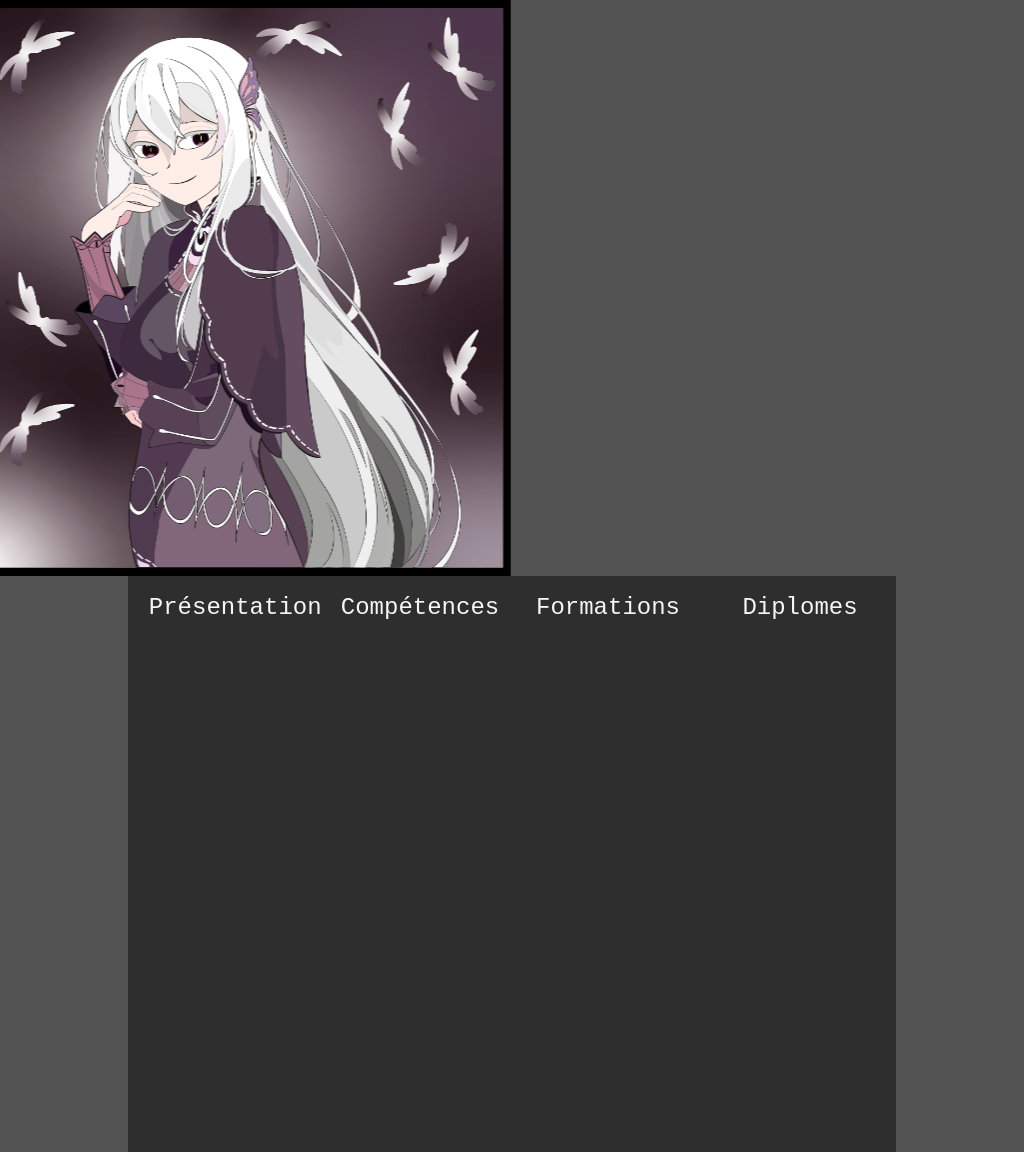
Repository: Mini-T/portfolio
Page: cv.html
An editor plug-in stored every save of this project. The page is shown before and after the next save, followed by the edit.
The browser window is 1280 px wide. The pictures show the whole page, at 80% of full size.
After loading, the first visible `#btnpresentation` was clicked once.

Above is the page before, as saved 2021-10-05 15:24:28.

### cv.html
<!DOCTYPE html>
<html lang="en">
  <head>
    <meta charset="UTF-8" />
    <meta http-equiv="X-UA-Compatible" content="IE=edge" />
    <meta name="viewport" content="width=device-width, initial-scale=1.0" />
    <link rel="stylesheet" href="cv.css" />

    <title>Document</title>
  </head>
  <body>
    <div id="master">
    <header>
      <div id="spawnscreen" class="backg">
        <img class="image" src="img/Echidna.png" alt="" />
        <img class="image" src="img/Halibel.png" alt="" />
        <img class="image" src="img/logo ytb ok.png" alt="" />
        <img class="image" src="img/versionfinal.jpg" alt="" />
        <img class="image" src="img/Echidna.png  " alt="" />
      </div>
    </header>
    <main>
      <nav id="navbar" class="reveal">
        <button id="btnpresentation" class="onglet">Présentation</button>
        <button id="btnskill" class="onglet">Compétences</button>
        <button id="btnformation" class="onglet">Formations</button>
        <button id="btndiplomes" class="onglet">Diplomes</button>

      </nav>
    </main>
    <script src="cv.js"></script>
  </div></body>
</html>

### cv.css
body {
  display: grid;
  justify-content:center;
  background-color: rgb(83, 83, 83);
  margin: 0px;
  padding: 0px;
}
#master{
  display: grid;
  grid-template-rows: 1fr 1fr;
  justify-content: center;
  width: 100vw;
  overflow-y: auto;
  overflow-x: unset;
  min-height: 100vh;

}
main {
  justify-content: center;
  justify-self: center;
  width: 75vw;
  display: grid;
  grid-template-rows: 80px 1fr 1fr 1fr 1fr;
  grid-template-columns: 25% 25% 25% 25%;
  background-color: rgb(46, 46, 46);
  grid-template-areas:
    "nav nav nav nav"

}

nav {
  grid-area: nav;
  color: whitesmoke;
  font-size: 30px;
  /* border-bottom: solid 2px black;
  border-top: solid 2px black; */
  display: grid;
  grid-template-columns: repeat(4, 1fr);

  text-align: center;
  justify-content: center;
  align-items: center;
  width: 100%;
  height: 80px;
  grid-template-areas: " btnpresentation btnskills btnformation btndiplomes ";
}
.navpresentationfocus{
  grid-area: nav;
  color: whitesmoke;
  font-size: 30px;
  /* border-bottom: solid 2px black;
  border-top: solid 2px black; */
  display: grid;
  grid-template-columns: repeat(4, 1fr);

  text-align: center;
  justify-content: center;
  align-items: center;
  width: 100%;
  height: 80px;
  grid-template-areas: " btnpresentation btnskills btnformation btndiplomes ";
}
}
#btnskill {
  grid-area: btnskills;
}
#btnformation {
  grid-area: btnformation;
}
#btndiplomes {
  grid-area: btndiplomes;
}
#btnpresentation {
  grid-area: btnpresentation;
}
a {
  font-family: "Courier New", Courier, monospace;
  text-decoration: none;
  color: unset;
}
#spawnscreen {
  display: flex;
  overflow-x: hidden;
  width: 100vw;
  height: 100vh;
  min-height: 600px;
  background-attachment: fixed;
  background-position: left;
  background-repeat: repeat;
  background-size: cover;
}

.apparition {
  animation: 1s ease-out 1 navanime;
}
@keyframes navanime {
  0% {
    opacity: 0%;
    position: relative;

    right: 40%;
  }
  100% {
    opacity: 80%;
    position: relative;
    right: 0%;
  }
}
@keyframes navanimereverse {
  0% {
    opacity: 0%;
    position: relative;
    left: 40%;
  }
  100% {
    opacity: 80%;
    position: relative;
    left: 0%;
  }
}
.image {
  width: auto;
  animation-timing-function: ease;
  animation-iteration-count: infinite;
  max-width: 100vw;
  height: auto;
  border: solid 10px black;
  animation-duration: 10s;
  animation-name: caroussel;
}
@keyframes caroussel {
  0% {
    transform: translateX(0);
  }
  25% {
    transform: translateX(-959px);
  }
  50% {
    transform: translateX(-2758px);
  }
  75% {
    transform: translateX(-3558px);
  }
  100% {
    transform: translateX(0);
  }
}
.apparitionreverse {
  animation: 1s ease-out 1 navanimereverse;
}
.reveal{
  opacity: 0;
}
.revealtrue{
  opacity: 100%;
}
.onglet{
  justify-self: center;
  width: 200px;
  height: 80px;
  background: unset;
  border: unset;
  color: whitesmoke;
  font-size: 30px;
  font-family: 'Courier New', Courier, monospace;
}
.zoom{
  width: 250px;
  position: relative;
  grid-column: 2 span2 ;
  animation: 1s zoom ease;
}
@keyframes zoom{
  0%
  {
    width: 200px;
    position: relative;
    left: 0%;
  }
  100% {
    width: 250px;
    position: relative;
    left: 50%;
  }

}

### cv.js
nav = document.getElementById('navbar')
window.addEventListener("scroll", () =>{
    if(window.scrollY > 99){
        document.getElementById('navbar').classList.add('revealtrue', 'apparition')
        console.log(window.scrollY)
    }

})
button1 = document.getElementById('btnpresentation');
button2 = document.getElementById('btnskill');
button3 = document.getElementById('btnformation');
button4 = document.getElementById('btndiplomes');

button1.addEventListener("click", () =>{
    nav.classList.remove('nav')
    nav.classList.add('navpresentationfocus')
})

After the next save:
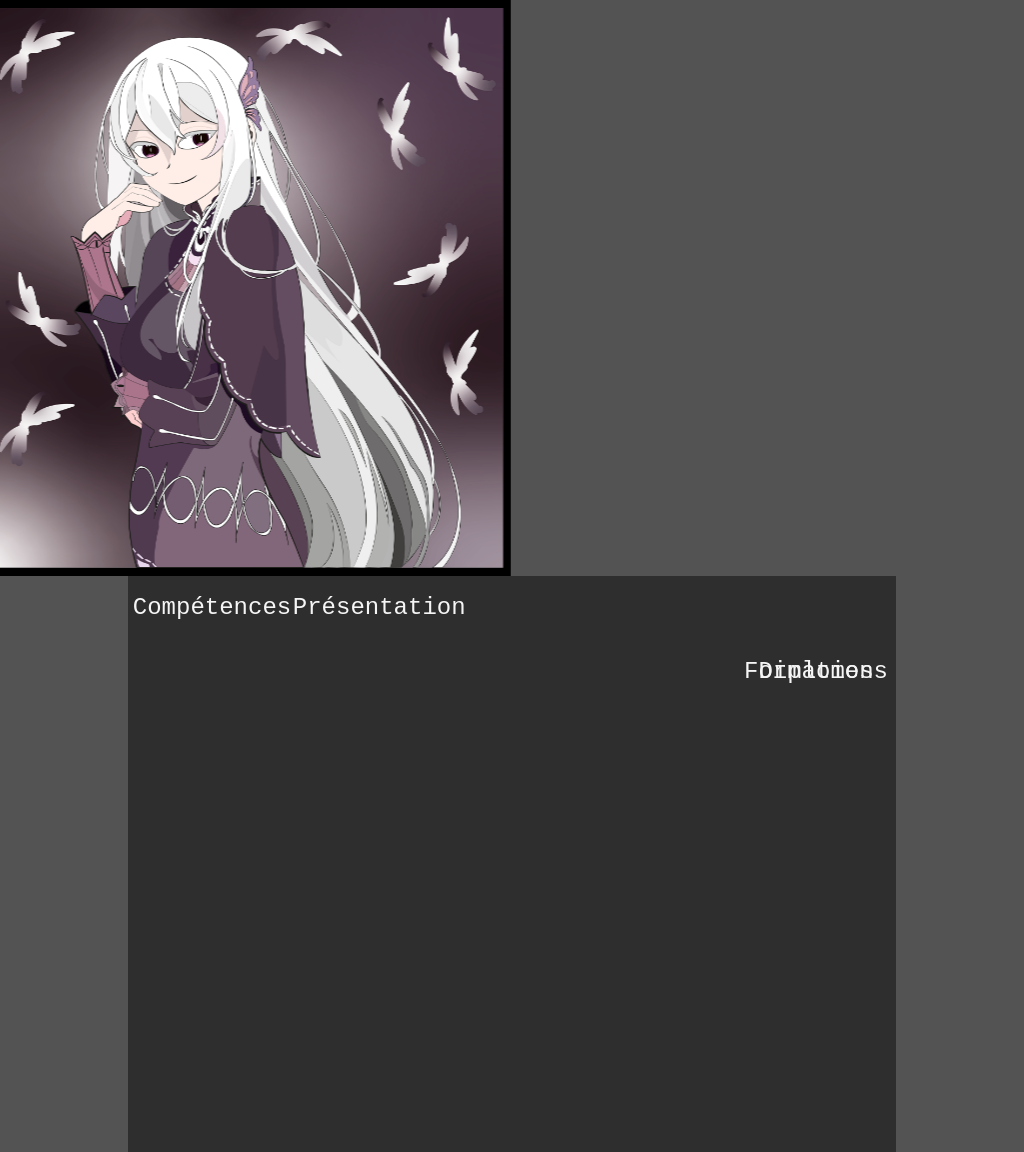
Saved 42 s later.
--- a/cv.css
+++ b/cv.css
@@ -58,7 +58,7 @@
   align-items: center;
   width: 100%;
   height: 80px;
-  grid-template-areas: " btnpresentation btnskills btnformation btndiplomes ";
+  grid-template-areas: " . btnpresentation ";
 }
 }
 #btnskill {
